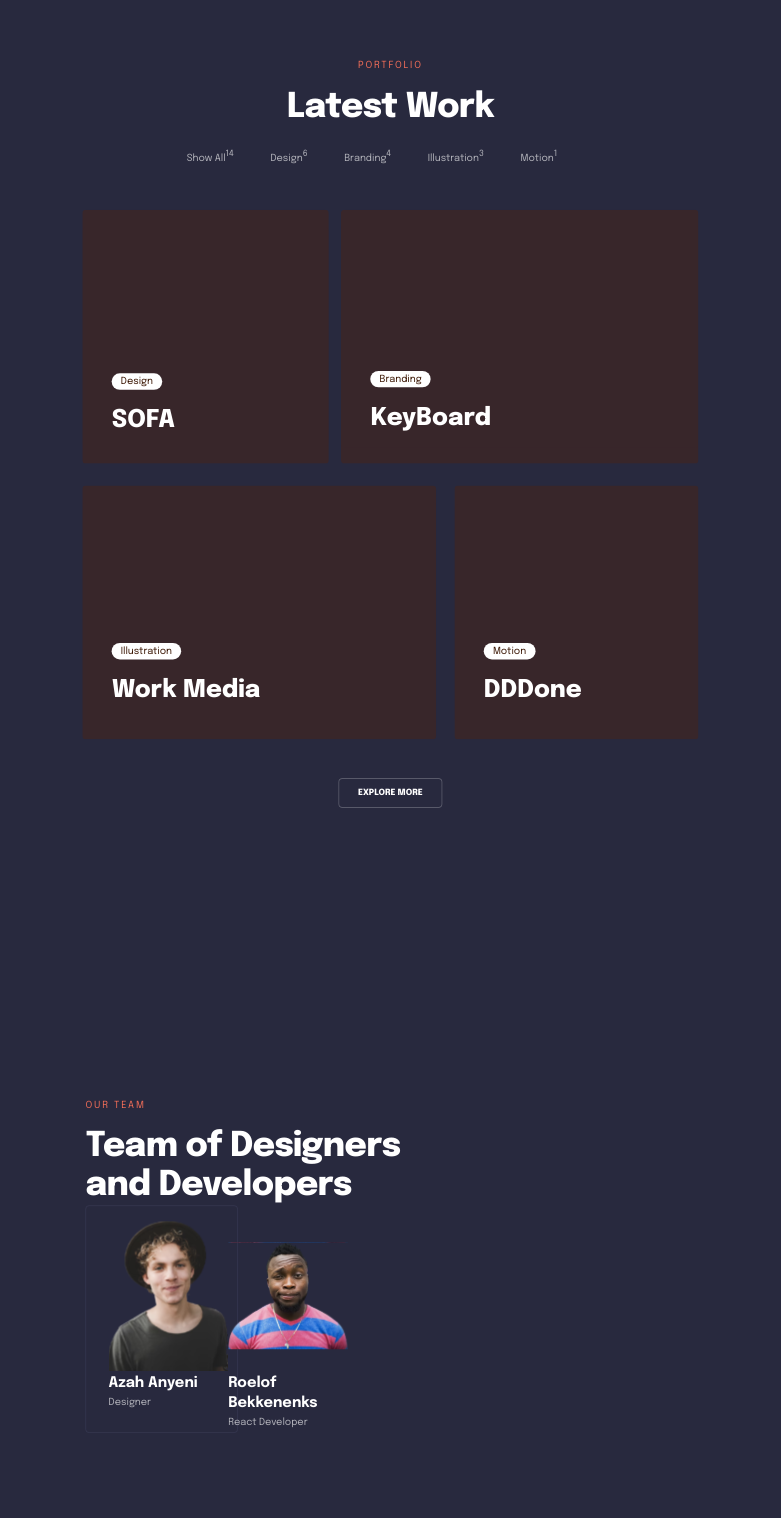
Repository: FidanXankishiyeva/figma-positions-task
Page: index.html
These files come from the project's save history. The page is drawn as it stood at one moment and after the next save; the edit follows.
The browser window is 1280 px wide. The pictures show the whole page, at 61% of full size.

Above is the page before, as saved 2023-08-10 13:31:11.

### index.html
<!DOCTYPE html>
<html lang="en">

<head>
    <meta charset="UTF-8">
    <meta name="viewport" content="width=device-width, initial-scale=1.0">
    <title>Document</title>
    <link rel="stylesheet" href="index.css">
</head>

<body>
    <div class="container">
        <div class="page-1">
            <div class="text-box">
                <h1>Portfolio</h1>
                <h2>Latest Work</h2>
            </div>
            <nav class="position-box">
                <ul>
                    <li>
                        <h1>Show All</h1>
                        <p>14</p>
                    </li>
                    <li>
                        <h1>Design</h1>
                        <p>6</p>
                    </li>
                    <li>
                        <h1>Branding</h1>
                        <p>4</p>
                    </li>
                    <li>
                        <h1>Illustration</h1>
                        <p>3</p>
                    </li>
                    <li>
                        <h1>Motion</h1>
                        <p>1</p>
                    </li>
                </ul>
            </nav>
            <div class="photo-box">
                <div class="sofa-box">
                    <img src="./photo/sofa.svg" alt="">
                    <div class="design-box">
                        <a href="#">Design</a>
                        <p>SOFA</p>

                    </div>
                </div>
                <div class="keyboard-box">
                    <img src="./photo/keyboard.svg" alt="">
                    <div class="branding-box">
                        <a href="#">Branding</a>
                        <p>KeyBoard</p>
                    </div>
                </div>
            </div>

            <div class="photo-box-2">
                <div class="work-media">
                    <img src="./photo/Work-Media.svg" alt="">
                    <div class="illustration-box">
                        <a href="#">Illustration</a>
                        <p>Work Media</p>
                    </div>
                </div>
                <div class="done-box">
                    <img src="./photo/done.svg" alt="">
                    <div class="motion-box">
                        <a href="#">Motion</a>
                        <p>DDDone</p>
                    </div>
                </div>
            </div>
            <button>
                Explore more
            </button>
        </div>
        <div class="page-2">
            <div class="text-box-2">
                <h3 >Our Team</h3>
                <h4>Team of Designers
                    and Developers</h4>
            </div>
            <div class="team-person">
                <ul>
                    <li>
                        <img src="./photo/azah.svg" alt="">
                        <h5>Azah Anyeni</h5>
                        <h6>Designer</h6>
                    </li>
                    <li>
                        <img src="./photo/roelof.svg" alt="">
                        <h5>Roelof Bekkenenks</h5>
                        <h6>React Developer</h6>
                    </li>
                </ul>
            </div>
        </div>
    </div>

</body>

</html>

### index.css
@import url('https://fonts.googleapis.com/css2?family=Epilogue:wght@400;700;800&display=swap');
* {
    margin: 0;
    padding: 0;
    box-sizing: border-box;
}

.container {
    width: 100%;
    background-color: #28293E;
}

.page-1{
    padding: 92px 135px 192px 135px;
}
.text-box h1 {
    margin-bottom: 20px;
    color: var(--text-light-accent, #EF6D58);
    text-align: center;
    font-feature-settings: 'clig' off, 'liga' off;
    font-family: Epilogue;
    font-size: 16px;
    font-style: normal;
    font-weight: 400;
    line-height: 32px;
    letter-spacing: 3px;
    text-transform: uppercase;
}

.text-box h2 {
    margin-bottom: 36px;
    color: var(--text-light, #FFF);
    text-align: center;
    font-feature-settings: 'clig' off, 'liga' off;
    font-family: Epilogue;
    font-size: 56px;
    font-style: normal;
    font-weight: 800;
    line-height: 64px;
    letter-spacing: -1px;
}



.position-box ul {
    display: flex;
    justify-content: center;
}

.position-box ul li {
    list-style-type: none;
    margin-right: 60px;
    display: flex;
}

.position-box ul li h1 {
    color: var(--text-light-gray, rgba(255, 255, 255, 0.64));
    font-feature-settings: 'clig' off, 'liga' off;
    font-family: Epilogue;
    font-size: 16px;
    font-style: normal;
    font-weight: 400;
    line-height: 32px;
}

.position-box ul li p {
    color: var(--text-light-gray, rgba(255, 255, 255, 0.64));
    text-align: center;
    font-feature-settings: 'clig' off, 'liga' off;
    font-family: Epilogue;
    font-size: 14px;
    font-style: normal;
    font-weight: 400;
}

.photo-box {
    display: flex;
    justify-content: space-between;
    margin-top: 68px;
}

.sofa-box {
    width: 40%;
    position: relative;

}

.design-box {
    position: absolute;
    bottom: 51px;
    left: 48px;
    /* top: 50%;
    left: 50%;
    transform: translate(-50%, -50%); */
}

.sofa-box img {
    width: 100%;
    height: 416px;
    margin-right: 30px;
    border-radius: 6px;
    opacity: 0.3181;
    background: #5C2000;
}

.photo-box a {
    width: 84px;
    height: 38px;
    padding: 5px 15px;
    text-decoration: none;
    border-radius: 19px;
    background: #FFF;
    color: var(--text-dark, #391400);
    font-feature-settings: 'clig' off, 'liga' off;
    font-family: Epilogue;
    font-size: 16px;
    font-style: normal;
    font-weight: 400;
    line-height: 32px;
}

.photo-box p {
    margin-top: 23px;
    color: var(--text-light, #FFF);
    font-feature-settings: 'clig' off, 'liga' off;
    font-family: Epilogue;
    font-size: 40px;
    font-style: normal;
    font-weight: 800;
    line-height: 48px;
}

.keyboard-box {
    position: relative;
    width: 58%;
    height: 416px;

}

.keyboard-box img {
    width: 100%;
    height: 100%;
    border-radius: 6px;
    opacity: 0.3181;
    background: #5C2000;
}

.branding-box {
    position: absolute;
    bottom: 51px;
    left: 48px;
}

.photo-box-2 {
    display: flex;
    justify-content: space-between;
    margin-top: 32px;
}

.work-media {
    position: relative;
    margin-right: 30px;
    width: 58%;
    height: 416px;
}

.work-media img {
    width: 100%;
    height: 100%;
    border-radius: 6px;
    opacity: 0.3181;
    background: #5C2000;
}

.photo-box-2 a {
    padding: 5px 15px;
    border-radius: 19px;
    text-decoration: none;
    background: #FFF;
    color: var(--text-dark, #391400);
    font-feature-settings: 'clig' off, 'liga' off;
    font-family: Epilogue;
    font-size: 16px;
    font-style: normal;
    font-weight: 400;
    line-height: 32px;
}

.photo-box-2 p {
    margin-top: 23px;
    color: var(--text-light, #FFF);
    font-feature-settings: 'clig' off, 'liga' off;
    font-family: Epilogue;
    font-size: 40px;
    font-style: normal;
    font-weight: 800;
    line-height: 48px;
}

.illustration-box {
    position: absolute;
    top: 256px;
    left: 48px;
}

.done-box {
    position: relative;
    width: 40%;
    height: 416px;
}

.done-box img {
    width: 100%;
    height: 100%;

    border-radius: 6px;
    opacity: 0.3181;
    background: #5C2000;
}

.motion-box {
    position: absolute;
    top: 256px;
    left: 48px;
}

.box {
    position: absolute;
    top: 64px;
    left: 500px;
}



button {
    width: 170px;
    height: 48px;
    /* padding: 18px 31px; */
    margin: auto;
    margin-top: 64px;
    display: block;
    border-radius: 6px;
    border: 1px solid rgba(255, 255, 255, 0.30);
    background-color: #28293e;
    text-decoration: none;
    color: #FFF;
    text-align: center;
    font-family: Epilogue;
    font-size: 14px;
    font-style: normal;
    font-weight: 900;
    line-height: normal;
    text-transform: uppercase;

}
/* page-2 design */
.page-2{
    padding: 140px ;
}
.text-box-2 h3{
    margin-top: 140px;
    color: var(--text-light-accent, #EF6D58);
    font-feature-settings: 'clig' off, 'liga' off;
    font-family: Epilogue;
    font-size: 16px;
    font-style: normal;
    font-weight: 400;
    line-height: 32px;
    letter-spacing: 3px;
    text-transform: uppercase;
}
.text-box-2 h4{
    width: 531px;
    margin-top: 20px;
    color: var(--text-light, #FFF);
font-feature-settings: 'clig' off, 'liga' off;
font-family: Epilogue;
font-size: 56px;
font-style: normal;
font-weight: 800;
line-height: 64px;
letter-spacing: -1px;
}
.team-person ul{
    width: 25%;
padding: 24px 37px 0px 37px;
display: flex;
border-radius: 6px;
border: 1px solid #3A3C56;
}
.team-person ul li{
    list-style-type: none;
}
.team-person img{
    width: 196px;
height: 247px;
}
.team-person h5{
    color: var(--text-light, #FFF);
    font-feature-settings: 'clig' off, 'liga' off;
    font-family: Epilogue;
    font-size: 24px;
    font-style: normal;
    font-weight: 700;
    line-height: 32px;
}
.team-person h6{
    color: var(--text-light-gray, rgba(255, 255, 255, 0.64));
font-feature-settings: 'clig' off, 'liga' off;
font-family: Epilogue;
font-size: 16px;
font-style: normal;
font-weight: 400;
line-height: 32px;
}

After the next save:
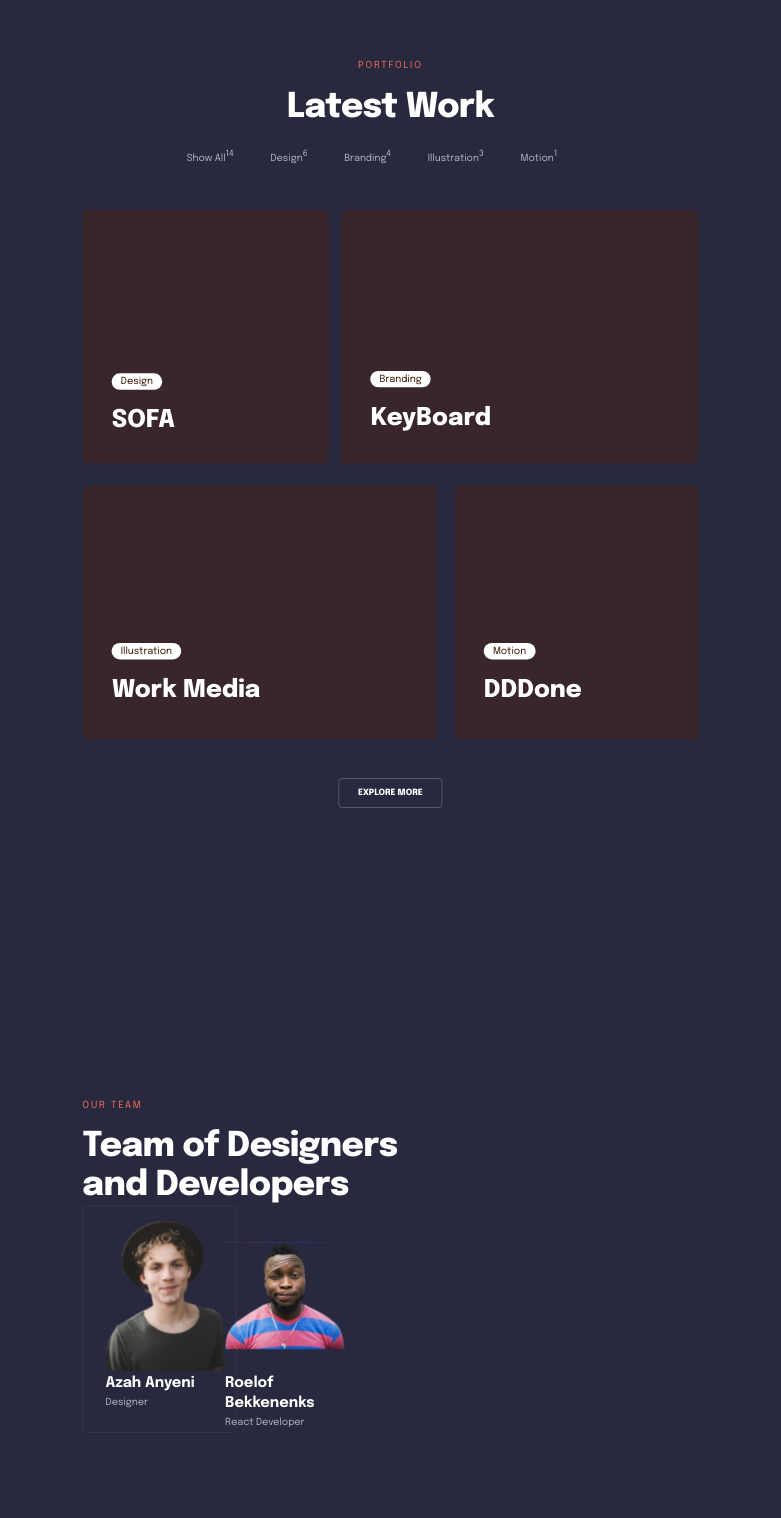
Saved 23 s later.
--- a/index.css
+++ b/index.css
@@ -255,7 +255,7 @@ button {
 }
 /* page-2 design */
 .page-2{
-    padding: 140px ;
+    padding: 140px 135px ;
 }
 .text-box-2 h3{
     margin-top: 140px;
